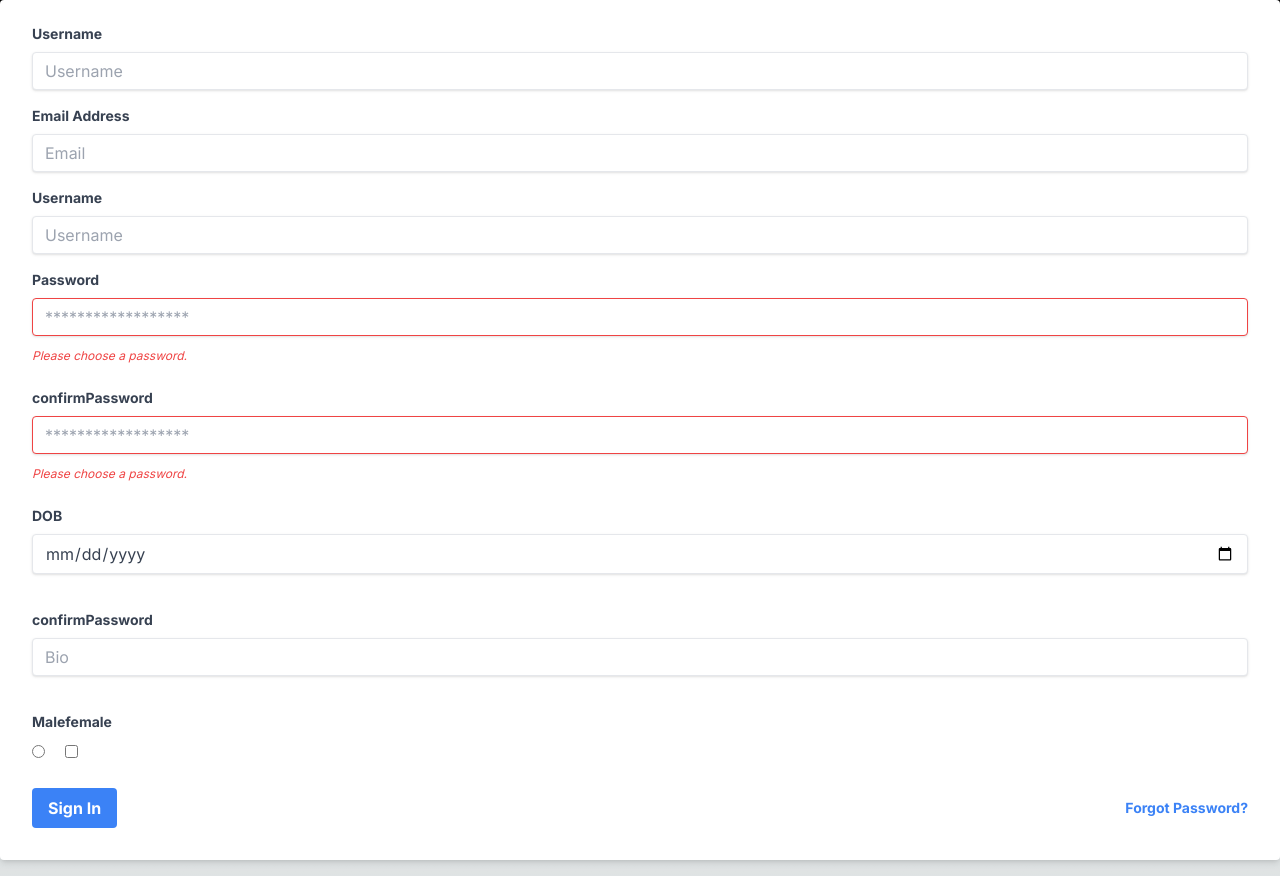
Repository: uh-sman/tiktok-card
Page: /
These files come from the project's save history. The page is drawn as it stood at one moment and after the next save; the edit follows.
The browser window is 1280 px wide. The pictures show the whole page.
The project was rebuilt for these pictures with package versions that can differ from the ones it lists, and the page was loaded fresh each time. The framework's server and built-in components were replaced by stand-ins that run in the browser. Also part of the build but not shown: next.config.js.

Above is the page before, as saved 2023-12-19 12:20:14.

### app/page.tsx
'use client'
import Input from "./components/Input";
import { FieldValues, SubmitHandler, useForm } from "react-hook-form";
export default function Home() {
  // const { register, handleSubmit, reset } = useForm<FieldValues>({
  //   defaultValues: {
  //     Username: "",
  //     email: '',
  //     password: '',
  //     confirmPassword: '',
  //     DateOfBirth: '',
  //     Bio: '',
  //     gender: '',
  //     termsAndConditions: ''
  //   }
  // })

  // const onSubmit: SubmitHandler<FieldValues> = () => {

  // }

  return (
    <div className="bg-black h-screen w-screen">
      {/* <div className="flex justify-center"> */}
      <div className="flex justify-center  w-full flex-col">
      <form className="bg-white shadow-md rounded px-8 pt-6 pb-8 mb-4">
    <div className="mb-4">
      <label className="block text-gray-700 text-sm font-bold mb-2" htmlFor="username">
        Username
      </label>
      <Input onChange={() => {}} className="shadow appearance-none border rounded w-full py-2 px-3 text-gray-700 leading-tight focus:outline-none focus:shadow-outline" id="username" type="text" placeholder="Username" />
    </div>
    <div className="mb-4">
      <label className="block text-gray-700 text-sm font-bold mb-2" htmlFor="username">
        Email Address
      </label>
      <Input onChange={() => {}} className="shadow appearance-none border rounded w-full py-2 px-3 text-gray-700 leading-tight focus:outline-none focus:shadow-outline" id="email" type="email" placeholder="Email" />
    </div>
    <div className="mb-4">
      <label className="block text-gray-700 text-sm font-bold mb-2" htmlFor="username">
        Username
      </label>
      <Input onChange={() => {}} className="shadow appearance-none border rounded w-full py-2 px-3 text-gray-700 leading-tight focus:outline-none focus:shadow-outline" id="username" type="text" placeholder="Username" />
    </div>
    <div className="mb-6">
      <label className="block text-gray-700 text-sm font-bold mb-2" htmlFor="password">
        Password
      </label>
      <Input onChange={() => {}} className="shadow appearance-none border border-red-500 rounded w-full py-2 px-3 text-gray-700 mb-3 leading-tight focus:outline-none focus:shadow-outline" id="password" type="password" placeholder="******************" />
      <p className="text-red-500 text-xs italic">Please choose a password.</p>
    </div>
    <div className="mb-6">
      <label className="block text-gray-700 text-sm font-bold mb-2" htmlFor="password">
        confirmPassword
      </label>
      <Input onChange={() => {}} className="shadow appearance-none border border-red-500 rounded w-full py-2 px-3 text-gray-700 mb-3 leading-tight focus:outline-none focus:shadow-outline" id="confirmPassword" type="password" placeholder="******************" />
      <p className="text-red-500 text-xs italic">Please choose a password.</p>
    </div>
    <div className="mb-6">
      <label className="block text-gray-700 text-sm font-bold mb-2" htmlFor="password">
        DOB
      </label>
      <Input onChange={() => {}} className="shadow appearance-none border rounded w-full py-2 px-3 text-gray-700 mb-3 leading-tight focus:outline-none focus:shadow-outline" id="DateOfBirth" type="date" placeholder="DOB" />
      {/* <p className="text-red-500 text-xs italic">Please confirm your password.</p> */}
    </div>
    <div className="mb-6">
      <label className="block text-gray-700 text-sm font-bold mb-2" htmlFor="password">
        confirmPassword
      </label>
      <Input onChange={() => {}} className="shadow appearance-none border rounded w-full py-2 px-3 text-gray-700 mb-3 leading-tight focus:outline-none focus:shadow-outline" id="Bio" type="text" placeholder="Bio" />
      {/* <p className="text-red-500 text-xs italic">Please confirm your password.</p> */}
    </div>
    <div className="mb-6">
      <div className="flex">
        <div className="">
        <label className="block text-gray-700 text-sm font-bold mb-2" htmlFor="gender">
        Male
      </label>
      <Input onChange={() => {}} className="" id="male" type="radio" placeholder="male" />
        </div>
        <div className="">
          <label className="block text-gray-700 text-sm font-bold mb-2" htmlFor="gender">
            female
          </label>
      <Input className="" onChange={() => {}}  id="female" type="checkbox" placeholder="female" />
        </div>
      </div>
    </div>
    <div className="flex items-center justify-between">
      <button className="bg-blue-500 hover:bg-blue-700 text-white font-bold py-2 px-4 rounded focus:outline-none focus:shadow-outline" type="button">
        Sign In
      </button>
      <a className="inline-block align-baseline font-bold text-sm text-blue-500 hover:text-blue-800" href="#">
        Forgot Password?
      </a>
    </div>
  </form>

      </div>
      {/* </div> */}
    </div>
  );
}



{/* <form class="max-w-sm mx-auto">
  <div class="mb-5">
    <label for="email" class="block mb-2 text-sm font-medium text-gray-900 dark:text-white">Your email</label>
    <input type="email" id="email" class="bg-gray-50 border border-gray-300 text-gray-900 text-sm rounded-lg focus:ring-blue-500 focus:border-blue-500 block w-full p-2.5 dark:bg-gray-700 dark:border-gray-600 dark:placeholder-gray-400 dark:text-white dark:focus:ring-blue-500 dark:focus:border-blue-500" placeholder="name@flowbite.com" required>
  </div>
  <div class="mb-5">
    <label for="password" class="block mb-2 text-sm font-medium text-gray-900 dark:text-white">Your password</label>
    <input type="password" id="password" class="bg-gray-50 border border-gray-300 text-gray-900 text-sm rounded-lg focus:ring-blue-500 focus:border-blue-500 block w-full p-2.5 dark:bg-gray-700 dark:border-gray-600 dark:placeholder-gray-400 dark:text-white dark:focus:ring-blue-500 dark:focus:border-blue-500" required>
  </div>
  <div class="flex items-start mb-5">
    <div class="flex items-center h-5">
      <input id="remember" type="checkbox" value="" class="w-4 h-4 border border-gray-300 rounded bg-gray-50 focus:ring-3 focus:ring-blue-300 dark:bg-gray-700 dark:border-gray-600 dark:focus:ring-blue-600 dark:ring-offset-gray-800 dark:focus:ring-offset-gray-800" required>
    </div>
    <label for="remember" class="ms-2 text-sm font-medium text-gray-900 dark:text-gray-300">Remember me</label>
  </div>
  <button type="submit" class="text-white bg-blue-700 hover:bg-blue-800 focus:ring-4 focus:outline-none focus:ring-blue-300 font-medium rounded-lg text-sm w-full sm:w-auto px-5 py-2.5 text-center dark:bg-blue-600 dark:hover:bg-blue-700 dark:focus:ring-blue-800">Submit</button>
</form> */}

### app/components/Input.tsx

type InputType = "text" | "password" | "file" | "email" | 'date' | 'checkbox' | "radio"

interface InputProps {
    id: string;
    className: string;
    placeholder: string;
    type: InputType;
    onChange: (value: string, file?: File ) => void;
}

const Input: React.FC<InputProps> = ({
    id,
    className,
    placeholder,
    type,
    onChange
}) => {
    const handleChange = (event: React.ChangeEvent<HTMLInputElement>) => {
        const { value, files } = event.target;
        if (type === 'file' && files) {
            onChange(value, files[0]);
        } else {
            onChange(value);
        }
    };

    return (
        <input
            id={id}
            className={className}
            placeholder={placeholder}
            type={type}
            onChange={handleChange}
        />
    );
};


export default Input;

Loaded but not shown: app/layout.tsx (common file); app/globals.css (common file); tailwind.config.ts (common file)

After the next save:
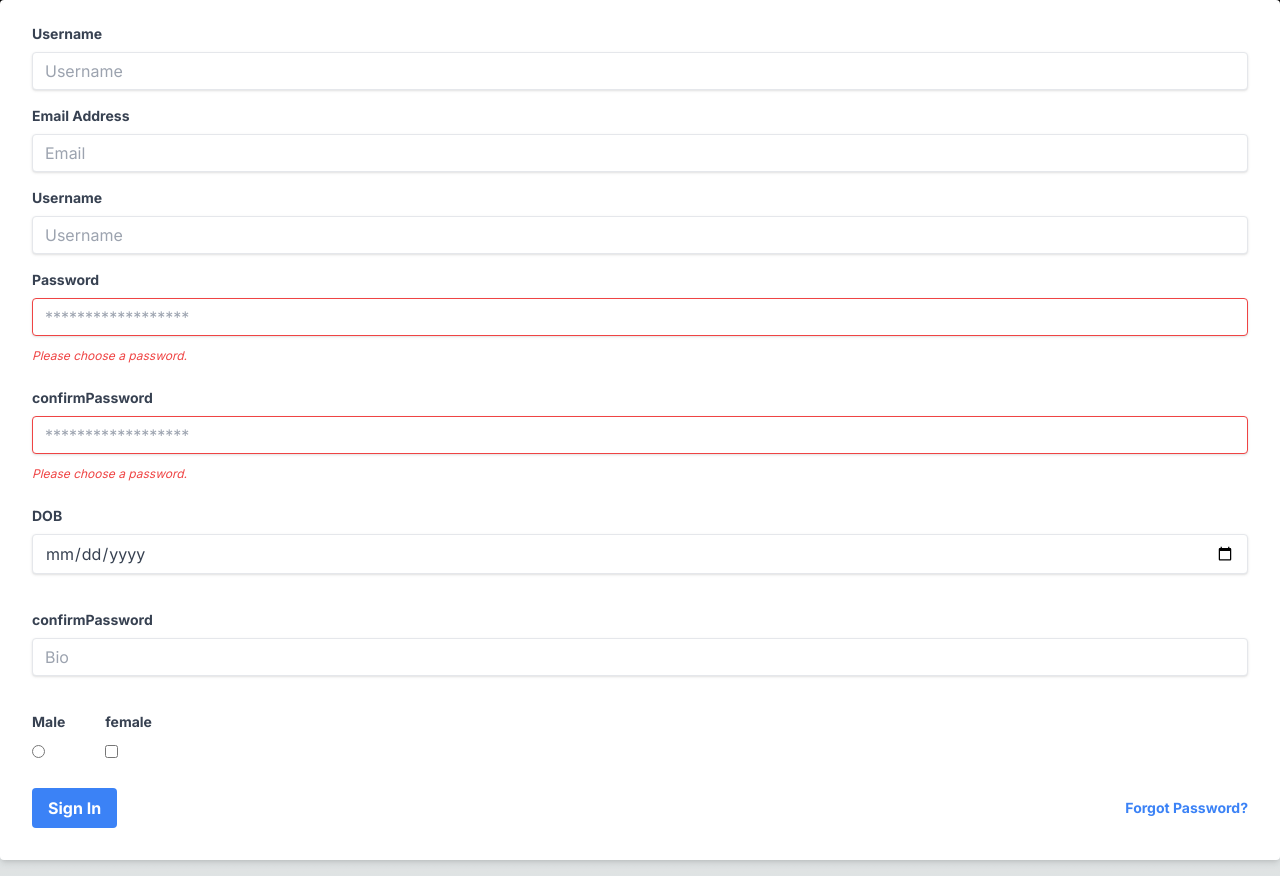
Saved 62 s later.
--- a/app/page.tsx
+++ b/app/page.tsx
@@ -71,7 +71,7 @@ export default function Home() {
       {/* <p className="text-red-500 text-xs italic">Please confirm your password.</p> */}
     </div>
     <div className="mb-6">
-      <div className="flex">
+      <div className="flex gap-10">
         <div className="">
         <label className="block text-gray-700 text-sm font-bold mb-2" htmlFor="gender">
         Male
